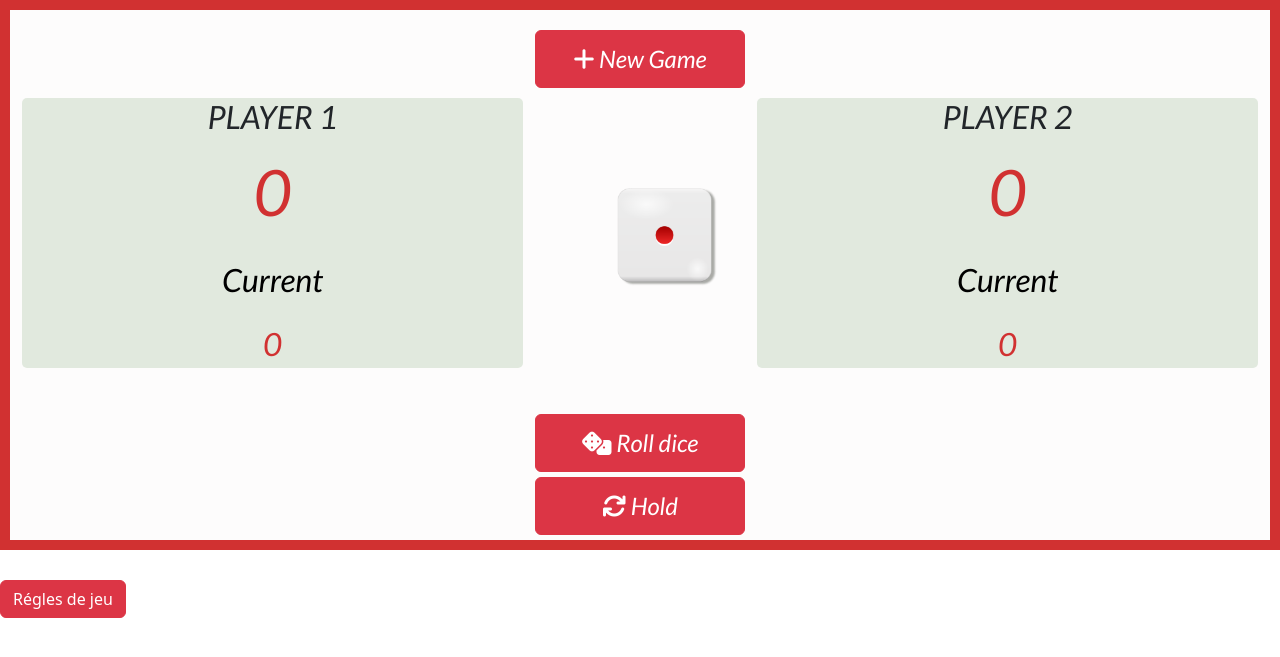
Repository: haifabilel/Eval_JAVASCRIPT
Page: index.html
The author's editor kept a copy of each file at every save. The page is drawn from the files as they stood at one save, then again after the next save.
The browser window is 1280 px wide. The pictures show the whole page.
Some web libraries are served in a nearby version.

Above is the page before, as saved 2023-06-06 17:50:16.

### index.html
<!DOCTYPE html>
<html lang="fr">
<head>
    <meta charset="UTF-8">
    <meta http-equiv="X-UA-Compatible" content="IE=edge">
    <meta name="viewport" content="width=device-width, initial-scale=1.0">
    <title>GameEval</title>
    <!-- Bootstrap -->
    <link href="https://cdn.jsdelivr.net/npm/bootstrap@5.3.0-alpha3/dist/css/bootstrap.min.css" rel="stylesheet" integrity="sha384-KK94CHFLLe+nY2dmCWGMq91rCGa5gtU4mk92HdvYe+M/SXH301p5ILy+dN9+nJOZ" crossorigin="anonymous">
    <!-- Bootstrap icons CSS -->
    <link rel="stylesheet" href="https://cdn.jsdelivr.net/npm/bootstrap-icons@1.6.1/font/bootstrap-icons.css">
    <!-- font awesome cdn link-->
    <link rel="stylesheet" href="https://cdnjs.cloudflare.com/ajax/libs/font-awesome/6.3.0/css/all.min.css" integrity="sha512-SzlrxWUlpfuzQ+pcUCosxcglQRNAq/DZjVsC0lE40xsADsfeQoEypE+enwcOiGjk/bSuGGKHEyjSoQ1zVisanQ==" crossorigin="anonymous" referrerpolicy="no-referrer">
    <!-- CSS Link -->
    <link rel="stylesheet" href="style.css">
</head>
<body>
    <div class="container-fluid" >
     <header>
         <button class="btn btn_newGame btn-danger"><i class="fa-solid fa-plus"></i> New Game</button>
    </header>
    <main>
        <div class="row">
            <!-- Player One  -->
            <div class="col-xm-12 col-md-5 mx-auto " >
                <section class="player player_0 player_active">
                    <h2 class="label" id="label_0">PLAYER 1</h2>
                    <p class="score" id="score_0" >0</p>
                    <div class="current">
                        <p class="current_label">Current</p>
                        <p class="current_score" id="current_0">0</p>
                    </div>
                </section>
            </div>
            <!-- Dice image -->
            <div class="col-xm-12 col-md-2 mx-auto">
                <img src="/asset/dice1.png" alt="imageDice" class="dice img-fluid" style="width: 100px;">
            </div>
             <!-- Player Tow  -->
             <div class="col-xm-12 col-md-5 mx-auto ">
                <section class="player player_1">
                    <h2 class="label" id="label_1">PLAYER 2</h2>
                    <p class="score" id="score_1">0</p>
                    <div class="current">
                        <p class="current_label">Current</p>
                        <p class="current_score" id="current_1">0</p>
                    </div>
                </section>
             </div>
        </div>
    </main>
    <!-- Button RollDice -->
    <div class="button_roll">
        <button class="btn btn_roll btn-danger"><i class="fa-solid fa-dice"></i> Roll dice</button>
    </div>
    <div class="button_hold">
        <button class="btn btn_hold btn-danger"><i class="fa-solid fa-arrows-rotate"></i> Hold</button>
    </div>
    </div>
    <button class="btn btn-danger" id="btnCondition">Régles de jeu</button>


    <script src="https://code.jquery.com/jquery-3.5.1.slim.min.js" integrity="sha384-DfXdz2htPH0lsSSs5nCTpuj/zy4C+OGpamoFVy38MVBnE+IbbVYUew+OrCXaRkfj" crossorigin="anonymous"></script>
    <script src="https://cdn.jsdelivr.net/npm/popper.js@1.16.0/dist/umd/popper.min.js" integrity="sha384-Q6E9RHvbIyZFJoft+2mJbHaEWldlvI9IOYy5n3zV9zzTtmI3UksdQRVvoxMfooAo" crossorigin="anonymous"></script>
    <script src="https://cdn.jsdelivr.net/npm/bootstrap@5.3.0-alpha3/dist/js/bootstrap.bundle.min.js" integrity="sha384-ENjdO4Dr2bkBIFxQpeoTz1HIcje39Wm4jDKdf19U8gI4ddQ3GYNS7NTKfAdVQSZe" crossorigin="anonymous"></script>
    <script src="script.js"></script>
</body>
</html>

### style.css
@import url('https://fonts.googleapis.com/css2?family=Lato:ital,wght@1,300;1,400;1,700&display=swap');
*{
    font-family: Lato;
}
.container-fluid{
    box-shadow:0.5rem 1 rem rgba(0,0,0,.5);
    background-color: #fdfcfc;
    width:100%;
    height: 100%;
    border: 10px solid  #d13131;

}
.row{
    margin-top:80px;
}
/* Playerss */
.player_0 , .player_1{
    background-color:#a3c09e51;
    text-align:center;
    border-radius:5px;
    margin-top:-70px;

}

/* Current */
.current{

    width:30%;
    font-size:1.5rem;
    border-radius:5%;
    text-align:center;
    margin-left :35%;
    color:black;
    font-size:2rem;
}
/* Scors */
.score{
    color:#d13131;
    font-size:4rem;
}
.current_score{
    color:#d13131;
    font-size:2rem;
}
/* Buttons */
.btn_roll{
    margin-left:41.5%;
    margin-top:30px;
    width:17%;
    font-size:1.5rem;
    padding:10px;

}
.btn_hold{
    padding:10px;
    margin-left:41.5%;
    margin-top:5px;
    margin-bottom:5px;
    width:17%;
    font-size:1.5rem;
}
.btn_newGame{
    margin-top:20px;
    padding: 10px;
    margin-left:41.5%;
    width:17%;
    font-size:1.5rem;
}
.btn_hold:hover{
    transform:scale(1.1);
    background-color:darkred;
    transition: 0.2s;
cursor: pointer;
}
.btn_roll:hover{
    transform:scale(1.1);
    background-color:darkred;
    transition: 0.2s;
cursor: pointer;
}
.btn_newGame:hover{
    transform:scale(1.1);
    background-color:darkred;
    transition: 0.2s;
cursor: pointer;
}

/* Image Dice */
img{
    margin:20px 70px;
}
.hidden{
    display:none;
}
.player_winn{
    background:url(/asset/golden-winners-cup_1284-18399.avif);
    background-size: cover;
    background-position:center;


}
.player_winn1{
    background-color:rgba(228, 129, 129, 0.384);
}
#btnCondition{
    margin-top:30px;
}
/* Mode mobile */
@media screen and (max-width:576px){
    h2{
        font-size:2rem;
    }
    .player_1{
        margin-top:10px;
    }
    .score{
        color:#d13131;
        font-size:2rem;
        margin-top:-10px;
    }
    .current_score{
        margin-top:-10px;
        font-size:1.5rem;
    }
    img{
        width:20px;
        margin-left:37%;
        margin-top:0;
    }
    .btn_roll, .btn_hold, .btn_newGame{
        width:60%;
        padding:5px;
        margin-left:20%;
        margin-top: 5px;
    }
    .current{
        font-size:1.5rem;
        margin-top:-20px;
    }
    #btnCondition{
        display:none;
    }



}

### script.js
//Players
const playerOne = document.getElementById('player_0');
const playerTow = document.getElementById('player_1');
//Score
const score0 = document.getElementById('score_0');
const score1 = document.getElementById('score_1');
//Dice
const dice = document.querySelector('.dice');
//buttons
const buttonRoll = document.querySelector('.btn_roll');
const buttonHold = document.querySelector('.btn_hold');
const buttonNewGame = document.querySelector('.btn_newGame');
//Current
const current0 = document.getElementById('current_0');
const current1 = document.getElementById('current_1');

score0.textContent = 0 ;
score1.textContent = 0 ;


let scores = [0 , 0]
let activePlayer = 0 ;
let currentScore = 0 ;

const switchPlayer = function(){
    document.getElementById(`current_${activePlayer}`).textContent = 0;
    document.querySelector(`.player_${activePlayer}`).classList.remove('player_winn1');
    activePlayer = activePlayer === 0 ? 1 : 0;
    currentScore = 0;
    playerOne.classList.toggle("player_active");
    playerTow.classList.toggle("player_active");




}
//buttonRoll
buttonRoll.addEventListener("click", function() {
    dice.classList.remove("hidden");



    //Generate number 1 to 6
    const diceRandom = Math.floor(Math.random() * 6) + 1;
    dice.src =`/asset/dice${diceRandom}.png`

//   Sound game
const audio = new Audio('/asset/programmation-web_de-2_asset_son.mp3');

const lanseSon = function() {
    audio.play()
}
audio.addEventListener('canplaythrough', lanseSon);

//Rolled
if(diceRandom !==1){
    currentScore += diceRandom;
    document.getElementById(`current_${activePlayer}`).textContent = currentScore;
    document.querySelector(`.player_${activePlayer}`).classList.add('player_winn1');

}else{
    //Switch Player
    switchPlayer();
}
});
//ButtonHold
buttonHold.addEventListener('click',function(){
    scores[activePlayer] += currentScore;
    document.querySelector(`.player_${activePlayer}`).classList.remove('player_winn1');
    document.getElementById(`score_${activePlayer}`).textContent = scores[activePlayer];



    if(scores[activePlayer] >=100){
        document.querySelector(`.player_${activePlayer}`).classList.add('player_winn');
        const audio = new Audio('/asset/tadaa-47995.mp3');

        const lanseSon1 = function() {
            audio.play()
        }
        audio.addEventListener('canplaythrough', lanseSon1);


    }else{
        switchPlayer();
    }
});
//  Button NewGame
buttonNewGame.addEventListener ('click',function(){
    document.location.reload()
 })

After the next save:
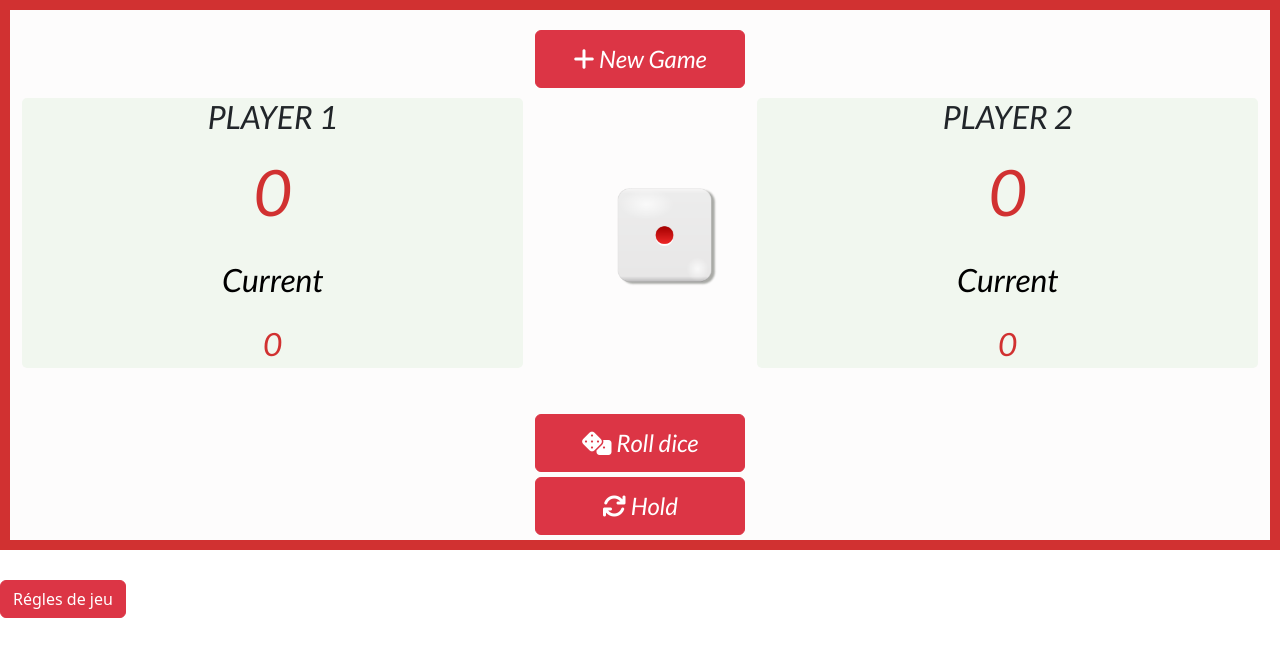
Saved 79 s later.
--- a/style.css
+++ b/style.css
@@ -15,7 +15,7 @@
 }
 /* Playerss */
 .player_0 , .player_1{
-    background-color:#a3c09e51;
+    background-color:#d7ecd451;
     text-align:center;
     border-radius:5px;
     margin-top:-70px;
